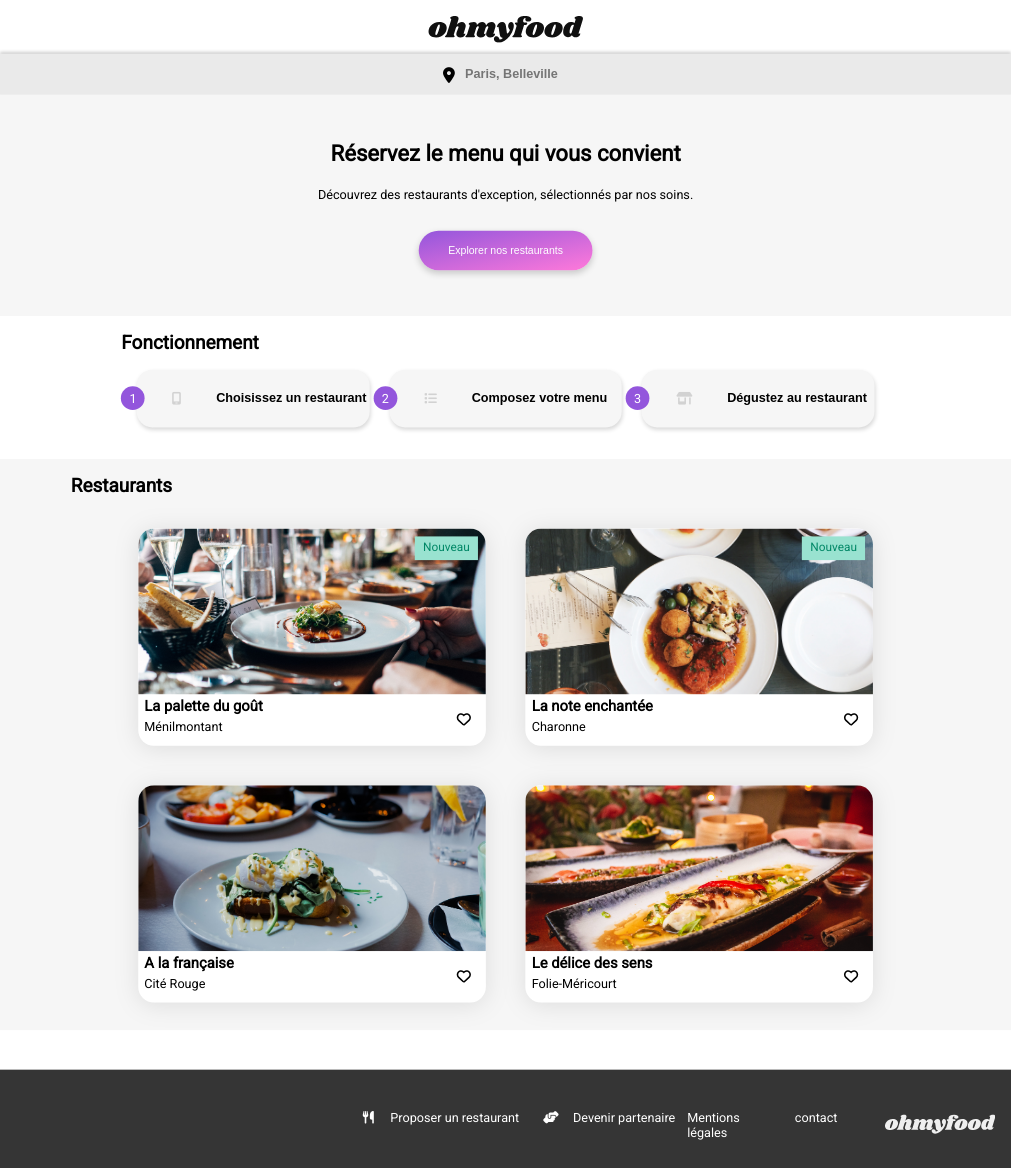
Repository: ByteVoyageur/OC-P4
Page: index.html
These files come from the project's save history. The page is drawn as it stood at one moment and after the next save; the edit follows.
The browser window is 1280 px wide. The pictures show the whole page, at 79% of full size.
Some web fonts or font styles are not loaded; a fallback is used. The style sheet was rebuilt from its Sass, Less or Tailwind sources for each picture, by a compiler version that may differ from the author's.

Above is the page before, as saved 2023-09-28 15:06:24.

### index.html
<!DOCTYPE html>
<html lang="fr">

<head>
    <meta charset="UTF-8">
    <meta name="viewport" content="width=device-width, initial-scale=1.0">
    <title>Ohmyfood</title>
    <link rel="stylesheet" href="https://cdnjs.cloudflare.com/ajax/libs/font-awesome/6.2.1/css/all.min.css">
    <link rel="preconnect" href="https://fonts.googleapis.com">
    <link rel="preconnect" href="https://fonts.gstatic.com" crossorigin>
    <link href='https://fonts.googleapis.com/css?family=Roboto' rel='stylesheet'>
    <link href="https://fonts.googleapis.com/css2?family=Shrikhand&display=swap" rel="stylesheet">
    <link href="https://fonts.googleapis.com/css2?family=Bebas+Neue&display=swap" rel="stylesheet">
    <link rel="stylesheet" href="assets/css/style.css">
</head>

<body>
    <div class="promo-bouncer-animation">
        <div class="bouncer">
            <div></div>
            <div></div>
            <div></div>
        </div>
        <div class="promo-text">
            Profitez de <span class="highlight">50%</span> de réduction sur votre première commande !
        </div>
    </div>
    <div class="main-container">
        <header>
            <div class="logo">
                <img src="assets/images/logo/ohmyfood@2x.svg" alt="logo">
            </div>
            <form action="#" class="search-form">
                <i class="fa-solid fa-location-dot location-icon fa-lg"></i>
                <input type="text" name="search" placeholder="Paris, Belleville" class="search-input">
            </form>
        </header>
        <main>
            <section class="restaurants-intro">
                <h1>Réservez le menu qui vous convient</h1>
                <p>Découvrez des restaurants d'exception, sélectionnés par nos soins.</p>
                <button class="btn-exploration">Explorer nos restaurants</button>
            </section>

            <div class="fonctionnement">
                <h2>Fonctionnement</h2>
                <div class="steps-container">
                    <div class="step">
                        <span>1</span>
                        <button>
                            <i class="fa-solid fa-mobile-screen"></i>
                            <span>Choisissez un restaurant</span>
                        </button>
                    </div>
                    <div class="step">
                        <span>2</span>
                        <button>
                            <i class="fa-solid fa-list"></i>
                            <span>Composez votre menu</span>
                        </button>
                    </div>
                    <div class="step">
                        <span>3</span>
                        <button>
                            <i class="fa-solid fa-shop"></i>
                            <span>Dégustez au restaurant</span>
                        </button>
                    </div>
                </div>
            </div>

            <section class="restaurants-list">
                <h2>Restaurants</h2>
                <div class="restaurants-cards">
                    <a href="restaurants/laPaletteDuGout.html">
                        <article class="card">
                            <div class="card-image">
                                <img src="assets/images/restaurants/jay-wennington-N_Y88TWmGwA-unsplash.jpg"
                                    alt="restaurant">
                                <span class="card-tag">Nouveau</span>
                            </div>
                            <div class="card-content">
                                <div class="card-txt">
                                    <h3>La palette du goût</h3>
                                    <p>Ménilmontant</p>
                                </div>
                                <div class="card-rating">
                                    <i class="fa-solid fa-heart"></i>
                                </div>
                            </div>
                        </article>
                    </a>
                    <a href="restaurants/laNoteEnchantee.html">
                        <article class="card">
                            <div class="card-image">
                                <img src="assets/images/restaurants/stil-u2Lp8tXIcjw-unsplash.jpg" alt="restaurant">
                                <span class="card-tag">Nouveau</span>
                            </div>
                            <div class="card-content">
                                <div class="card-txt">
                                    <h3>La note enchantée</h3>
                                    <p>Charonne</p>
                                </div>
                                <div class="card-rating">
                                    <i class="fa-solid fa-heart"></i>
                                </div>
                            </div>
                        </article>
                    </a>
                    <a href="restaurants/aLaFrancaise.html">
                        <article class="card">
                            <div class="card-image">
                                <img src="assets/images/restaurants/toa-heftiba-DQKerTsQwi0-unsplash.jpg"
                                    alt="restaurant">
                            </div>
                            <div class="card-content">
                                <div class="card-txt">
                                    <h3>A la française</h3>
                                    <p>Cité Rouge</p>
                                </div>
                                <div class="card-rating">
                                    <i class="fa-solid fa-heart"></i>
                                </div>
                            </div>
                        </article>
                    </a>
                    <a href="restaurants/leDeliceDesSens.html">
                        <article class="card">
                            <div class="card-image">
                                <img src="assets/images/restaurants/louis-hansel-shotsoflouis-qNBGVyOCY8Q-unsplash.jpg"
                                    alt="restaurant">
                            </div>
                            <div class="card-content">
                                <div class="card-txt">
                                    <h3>Le délice des sens</h3>
                                    <p>Folie-Méricourt</p>
                                </div>
                                <div class="card-rating">
                                    <i class="fa-solid fa-heart"></i>
                                </div>
                            </div>
                        </article>
                    </a>
                </div>
            </section>
        </main>
        <footer>
            <div class="footer-logo">
                <img src="assets/images/logo/ohmyfood@2x.svg" alt="logo">
            </div>
            <div class=" footer-social">
                <ul>
                    <li class="proposer-un-restaurant">
                        <i class="fa-solid fa-utensils"></i>
                        <a href="#">Proposer un restaurant</a>
                    </li>
                    <li class="devenir-partenaire">
                        <i class="fa-solid fa-handshake-angle"></i>
                        <a href="#">Devenir partenaire</a>
                    </li>
                    <li><a href="#">Mentions légales</a></li>
                    <li><a href="mailto:example@example.com">contact</a></li>
                </ul>
            </div>
        </footer>
    </div>

</body>

</html>

### sass/style.scss
@import 'color';
@import 'body';
@import 'header';
@import 'footer';
@import 'animation-loading';
@import 'heart-hover-effect';
@import 'mixin';

.btn-exploration {
  @include btn-exploration-style;
  background: linear-gradient(
    175deg,
    $color-Primaire 0%,
    $color-Secondaire 100%
  );
  box-shadow: 0px 4px 10px 0px rgba(0, 0, 0, 0.2);

  &:hover {
    box-shadow: 0px 4px 20px 0px rgba(0, 0, 0, 0.2);
    transform: scale(1.05);
  }
}

.btn-exploration {
  @include btn-exploration-style;
  background: linear-gradient(
    to bottom right,
    $color-Primaire,
    $color-Secondaire
  );

  &:hover {
    background: linear-gradient(
      to bottom right,
      $color-Primaire,
      $color-Secondaire 80%
    );
    box-shadow: 0px 10px 20px rgba(0, 0, 0, 0.2);
    transform: scale(1.05);
  }
}

.restaurants-list {
  display: flex;
  background-color: $color-background;
  width: 100%;
  flex-direction: column;
  gap: 20px;
  margin-bottom: 50px;
  padding: 0 7%;
}

.restaurants-intro {
  background-color: $color-background;
  width: 100%;
  display: flex;
  flex-direction: column;
  align-items: center;
  justify-content: center;
  color: black;

  h1 {
    width: 70%;
    font-size: 1.75em;
    font-weight: bold;
    margin-bottom: 10px;
    text-align: center;
    margin-top: 0;
  }

  p {
    width: 70%;
    font-size: 1.2em;
    text-align: center;
  }
}

.fonctionnement {
  width: 100%;
  display: flex;
  flex-direction: column;
  h2 {
    margin-left: 6%;
  }

  .steps-container {
    display: flex;
    flex-direction: column;
    align-items: center;
    width: 100%;
    gap: 25px;
    margin-bottom: 50px;

    .step {
      display: flex;
      flex-direction: row;
      align-items: center;
      justify-content: center;
      width: 85%;
      position: relative;

      span:nth-child(1) {
        background-color: $color-Primaire;
        border-radius: 50%;
        color: white;
        width: 30px;
        height: 30px;
        display: flex;
        align-items: center;
        justify-content: center;
        position: absolute;
        left: -20px;
        z-index: 2;
      }
    }

    button {
      width: 100%;
      background-color: #f6f6f6;
      font-weight: bold;
      font-size: 1em;
      border-radius: 20px;
      height: 73px;
      display: flex;
      align-items: center;
      justify-content: flex-start;
      box-shadow: 1px 3px 6px rgba(0, 0, 0, 0.16);
      gap: 15%;
      padding: 0;
      border: none;
      cursor: pointer;
      position: relative;
      z-index: 1;

      &:hover i {
        color: $color-Primaire;
      }

      i {
        color: #d2d2d2;
        padding-left: 15%;
      }

      span {
        text-align: center;
      }
    }
  }
}

.restaurants-cards {
  width: 100%;
  display: flex;
  flex-direction: column;
  flex-wrap: wrap;
  justify-content: center;
  align-items: center;
  gap: 20px;
}

a {
  color: black;
  text-decoration: none;
  width: 90%;
  height: auto;
  display: flex;
  flex-direction: column;

  .card {
    @include card-style;

    img {
      width: 100%;
      height: 210px;
      object-fit: cover;
      border-top-left-radius: 20px;
      border-top-right-radius: 20px;
      position: relative;
    }

    span {
      position: absolute;
      width: 80px;
      height: 30px;
      top: 10px;
      right: 10px;
      background-color: $color-Tertiaire;
      color: #008766;
      font-size: 15px;
      padding: 5px;
      text-align: center;
    }

    .card-content {
      display: flex;
      flex-direction: row;
      justify-content: space-between;

      .card-rating {
        margin-right: 10px;
        margin-top: 10px;
      }

      .card-txt {
        display: flex;
        flex-direction: column;
        gap: 5px;
        margin-left: 8px;
        margin-bottom: 15px;

        h3 {
          margin: 0;
        }

        p {
          margin: 0;
        }
      }
    }
  }
}

@media (min-width: 1024px) {
  .restaurants-intro {
    height: 280px;

    p {
      font-size: medium;
    }

    .btn-exploration {
      width: 220px;
    }
  }

  .fonctionnement {
    flex-direction: column;
    justify-content: center;

    h2 {
      margin-left: 12%;
    }

    .steps-container {
      display: flex;
      flex-direction: row;
      justify-content: center;
      margin-bottom: 40px;

      .step {
        flex-direction: row;
        width: 23%;
      }
    }
  }

  .restaurants-list {
    .restaurants-cards {
      flex-direction: row;
      gap: 50px;
      margin-bottom: 35px;

      a {
        width: 40%;
      }
    }
  }
}

### sass/color.scss
$color-Primaire: #9356dc;
$color-Secondaire: #ff79da;
$color-Tertiaire: #99e2d0;
$color-background: #f6f6f6;

### sass/body.scss
* {
  box-sizing: border-box;
}
html,
body {
  margin: 0;
  padding: 0;
  background-color: #ffffff;
  font-family: 'Roboto', sans-serif;
}

body {
  .main-container {
    margin: 0;
    padding: 0;
    display: flex;
    flex-direction: column;
    align-items: center;
    justify-content: center;

    main {
      display: flex;
      flex-direction: column;
      align-items: center;
      justify-content: center;
      width: 100%;
    }
  }
}

### sass/header.scss
header {
  width: 100%;
  height: 120px;
  background-color: white;
  display: flex;
  flex-direction: column;
  justify-content: center;
  align-items: center;
  .logo {
    margin-top: 20px;
    margin-bottom: 10px;
  }
  .search-form {
    width: 100%;
    height: 60px;
    background-color: #eaeaea;
    display: flex;
    justify-content: center;
    align-items: center;
    box-shadow: 0px -2px 4px rgba(0, 0, 0, 0.2);
    .location-icon {
      margin-right: 10px;
    }

    .search-input {
      font-size: 1em;
      font-weight: bold;
      border: none;
      background-color: transparent;
      width: auto;
      max-width: 15ch;
      border: 1px solid transparent;
      &:focus {
        outline: none;
        border: none;
      }
    }
  }
}

### sass/footer.scss
footer {
  width: 100%;
  background-color: #353535;
  display: flex;
  flex-direction: column;
  justify-content: flex-start;
  align-items: flex-start;
  padding: 20px;

  i {
    color: white;
  }

  .footer-social {
    display: flex;
    flex-direction: column;
    align-items: flex-start;
    gap: 15px;
    margin-top: 5px;

    ul {
      list-style-type: none;
      padding: 0;
      li {
        display: flex;
        flex-direction: row;
        gap: 20px;
        align-items: baseline;

        .fa-solid,
        .fas {
          width: 18px;
        }
        .my-custom-icon {
          font-size: 16px;
        }
      }
      gap: 5px;
    }

    a {
      color: white;
      text-decoration: none;
      font-size: 1em;
      margin-top: 10px;
      &:hover {
        text-decoration: underline;
      }
    }
  }
}
.footer-logo img {
  filter: invert(1);
}

@media (min-width: 1024px) {
  footer {
    flex-direction: row-reverse;
    align-items: center;
    gap: 50px;
    img {
      margin-top: 18px;
      width: 140px;
      height: 30px;
    }
    ul {
      display: flex;
      flex-direction: row;
      li {
        gap: 10px;
        a {
          margin-right: 10px;
        }
      }

      .fa-solid {
        margin-left: 12px;
      }
    }
  }
}

### sass/animation-loading.scss
@import 'color';
@import 'mixin';

.promo-bouncer-animation {
  position: fixed;
  top: 0;
  left: 0;
  width: 100%;
  height: 100%;
  background-color: $color-Primaire;
  animation: fadeOut 3.5s cubic-bezier(0.5, 0, 0.5, 0.2) forwards;
  z-index: 10;
  pointer-events: none;
}

.promo-text {
  font-family: 'Bebas Neue', sans-serif;
  font-size: 3em;
  text-shadow: 4px 4px 8px rgba(0, 0, 0, 0.6);
  color: white;
  position: absolute;
  top: 40%;
  left: 50%;
  transform: translate(-50%, -50%);
  z-index: 11;
}

.promo-text .highlight {
  font-size: 2em;
}

.content {
  opacity: 0;
  transition: opacity 1s;
  position: relative;
}

@keyframes fadeOut {
  0% {
    opacity: 1;
  }
  100% {
    opacity: 0;
    height: 100%;
    width: 100%;
  }
}

@keyframes highlightPulse {
  0%,
  100% {
    font-size: 2em;
  }
  50% {
    font-size: 2.5em;
  }
}

.promo-text .highlight {
  font-size: 2em;
  display: inline-block;
  animation: highlightPulse 2s;
}

@keyframes bounce {
  0%,
  20%,
  50%,
  80%,
  100% {
    transform: translateY(0);
  }
  40% {
    transform: translateY(-150%);
  }
  60% {
    transform: translateY(-75%);
  }
}

.bouncer {
  display: flex;
  justify-content: space-between;
  position: absolute;
  top: 20%;
  left: 50%;
  transform: translateX(-50%);
  width: 100px;
  margin: 0 auto;
}

.bouncer div {
  width: 20px;
  height: 20px;
  background-color: #ece2e2;
  border-radius: 100%;
  animation: bounce 1.5s infinite ease-in-out;
}

.bouncer div:nth-child(2) {
  animation-delay: -0.4s;
}

.bouncer div:nth-child(3) {
  animation-delay: -0.8s;
}

### sass/mixin.scss
@mixin btn-exploration-style {
  border-radius: 40px;
  color: white;
  height: 50px;
  width: 58%;
  border: none;
  margin-top: 20px;
  transition: all 0.3s ease-in-out;
}

@mixin flex-center {
  display: flex;
  justify-content: center;
  align-items: center;
}

@mixin card-style {
  width: 100%;
  display: flex;
  flex-direction: column;
  background-color: white;
  border-radius: 20px;
  filter: drop-shadow(0px 3px 15px rgba(0, 0, 0, 0.1));
  transition: all 0.2s;
}

@mixin ellipsis {
  overflow: hidden;
  text-overflow: ellipsis;
  white-space: nowrap;
}

### sass/heart-hover-effect.scss
@import 'color';

.fa-heart {
  color: transparent;
  -webkit-text-stroke: 2px black;
  padding: 10px;
}

.fa-heart:hover {
  -webkit-text-stroke: 0 black;
  animation: display-coeur 2s ease forwards;
}

@keyframes display-coeur {
  0% {
    transform: scale(0.7);
    color: transparent;
  }

  50% {
    transform: scale(1.5);
    -webkit-background-clip: text;
    background-image: linear-gradient(
      to bottom right,
      $color-Primaire,
      $color-Secondaire
    );
  }
  100% {
    transform: scale(1);
    -webkit-background-clip: text;
    background-image: linear-gradient(
      to bottom right,
      $color-Primaire,
      $color-Secondaire
    );
  }
}

After the next save:
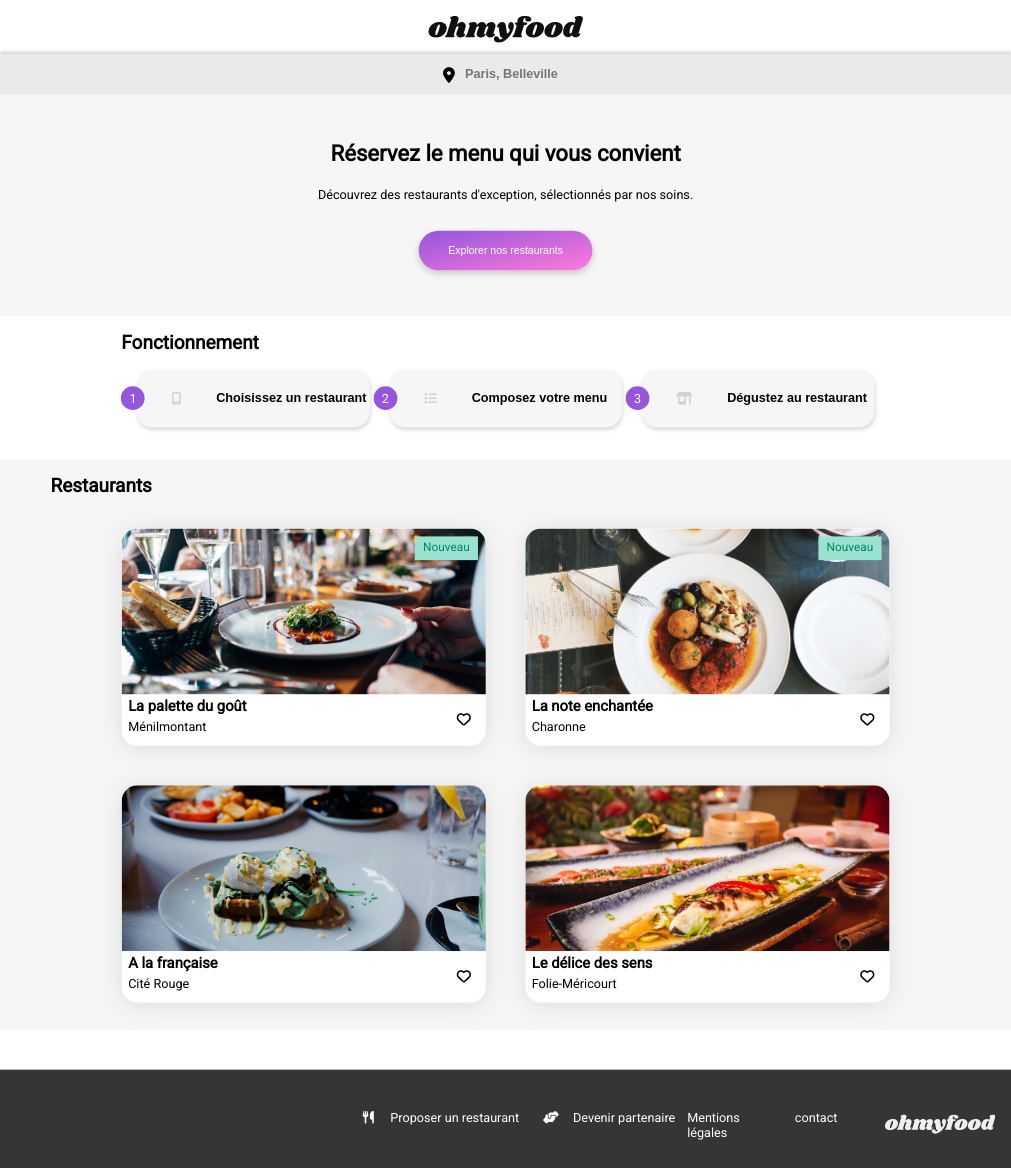
Saved 3 min 22 s later.
--- a/sass/style.scss
+++ b/sass/style.scss
@@ -47,7 +47,7 @@
   flex-direction: column;
   gap: 20px;
   margin-bottom: 50px;
-  padding: 0 7%;
+  padding: 0 5%;
 }
 
 .restaurants-intro {
